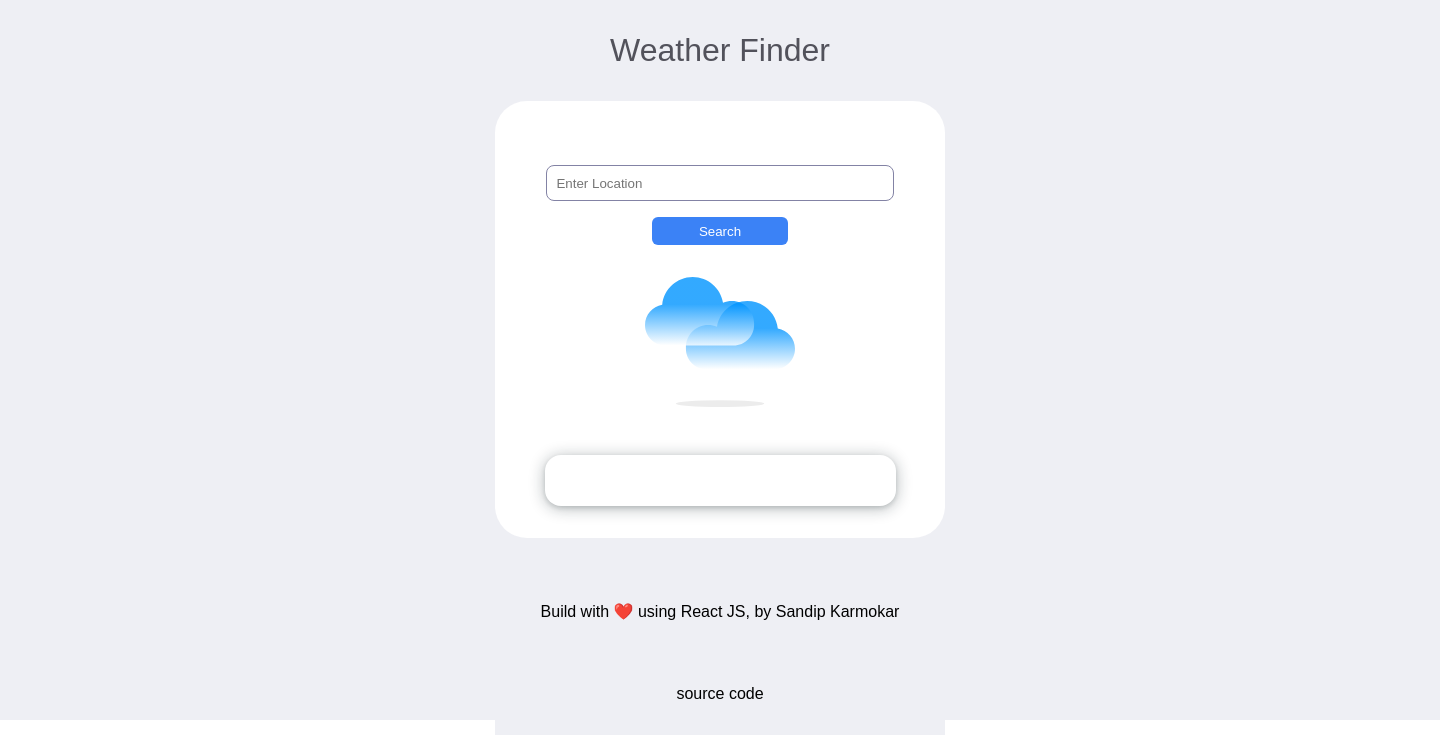
Repository: sandipkarmokar/weather-app
Page: /
The author's editor kept a copy of each file at every save. The page is drawn from the files as they stood at one save, then again after the next save.
The browser window is 1440 px wide. The pictures show the whole page.
The project was rebuilt for these pictures with package versions that can differ from the ones it lists, and the page was loaded fresh each time.

Above is the page before, as saved 2022-04-12 18:15:28.

After the next save:
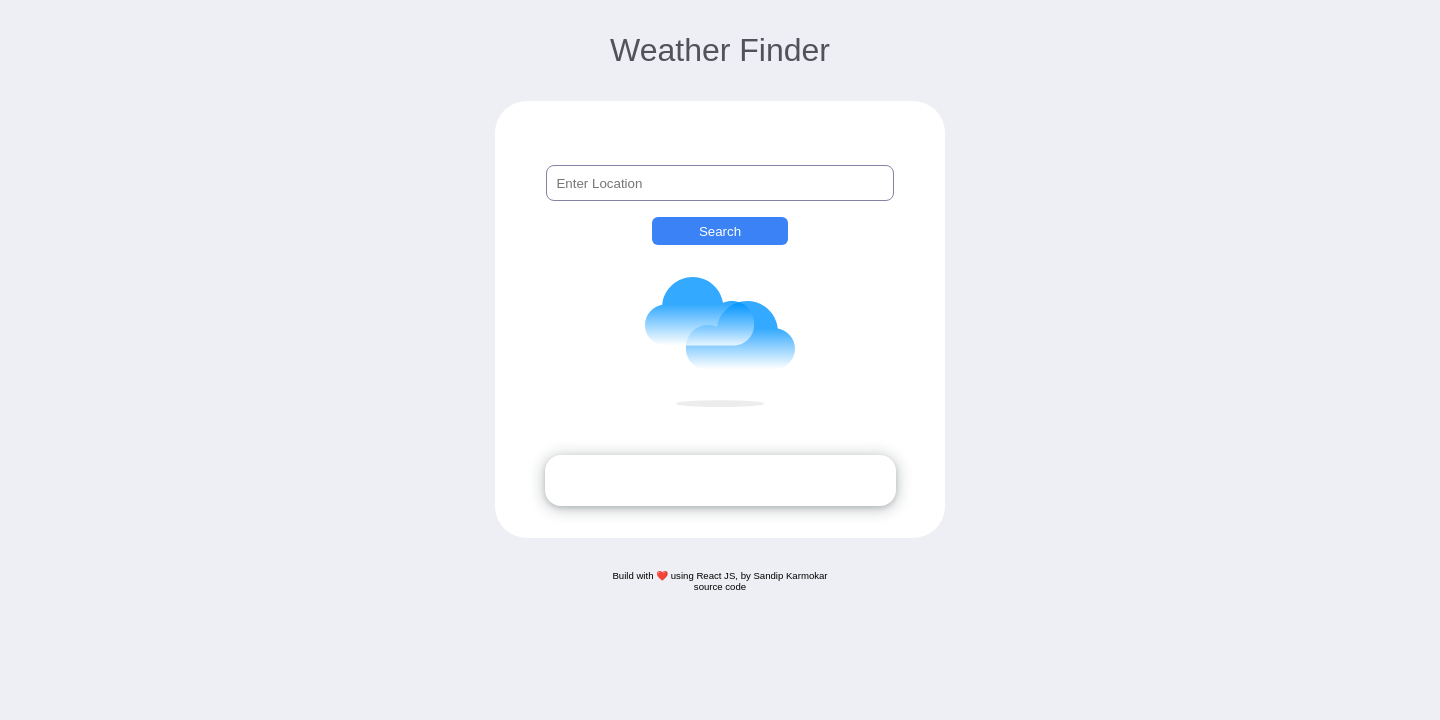
Saved 26 s later.
--- a/src/App.css
+++ b/src/App.css
@@ -174,7 +174,7 @@
         text-align: center;
         margin: 0 auto;
         width: 450px;
-        font-size: 0.8rem;
+        font-size: 0.6rem;
         background: #eeeff4;
     }
 }
@@ -194,9 +194,8 @@
     .app footer p {
         text-align: center;
         margin: 0 auto;
-        padding: 2rem 0;
         width: 450px;
-        font-size: 1rem;
+        font-size: 0.6rem;
         background: #eeeff4;
     }
 }
